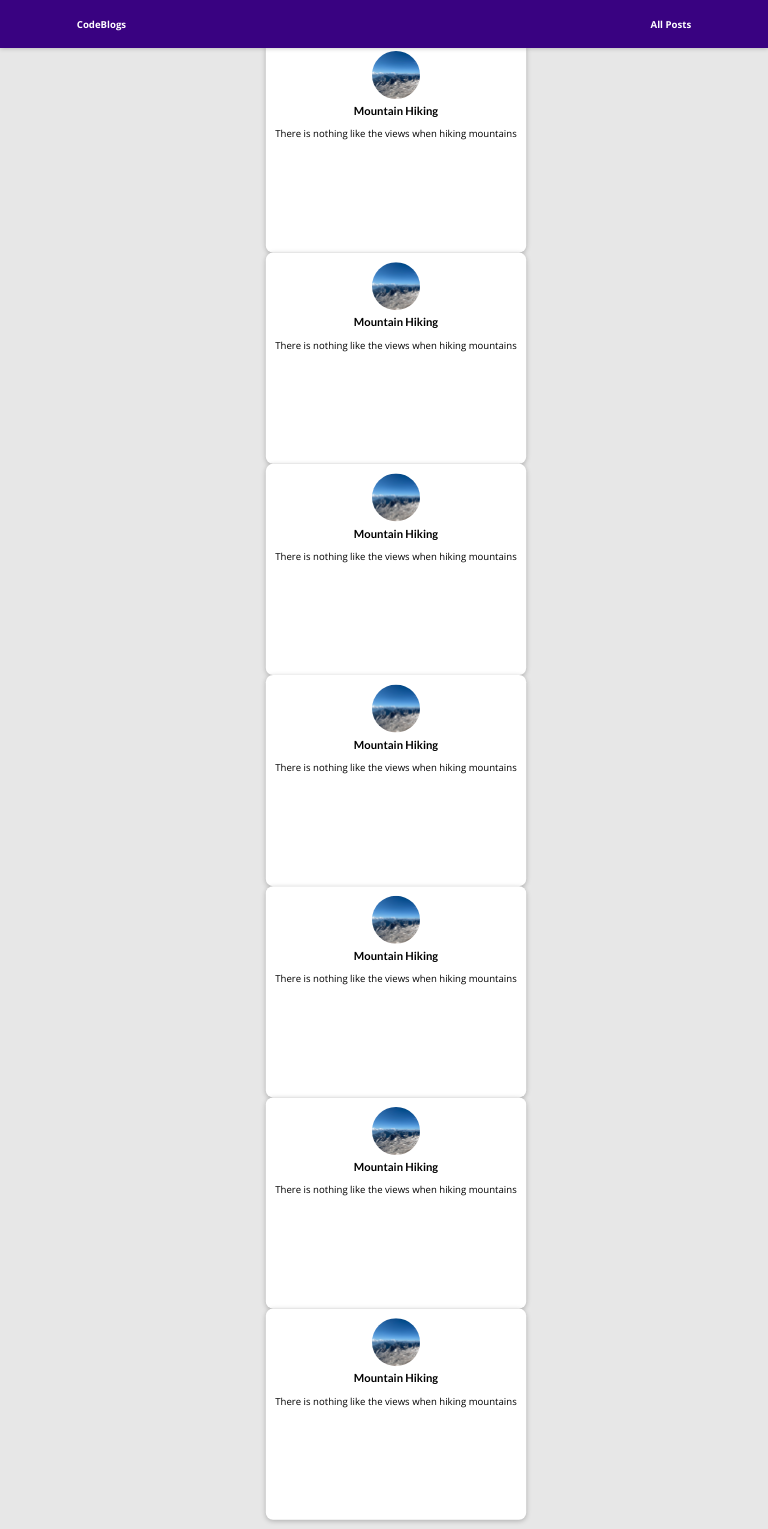
Repository: harshagr64/codeblogs
Page: blog/templates/blog/all-posts.html
The author's editor kept a copy of each file at every save. The page is drawn from the files as they stood at one save, then again after a run of saves.
The browser window is 1280 px wide. The pictures show the whole page, at 60% of full size.
The page is served by the project's application, run on Django 3.2 (manage.py). The template is opened directly, without the code that normally fills it, so the values that code supplies are empty.

Above is the page before, as saved 2021-08-21 11:12:50.

After the next 2 saves:
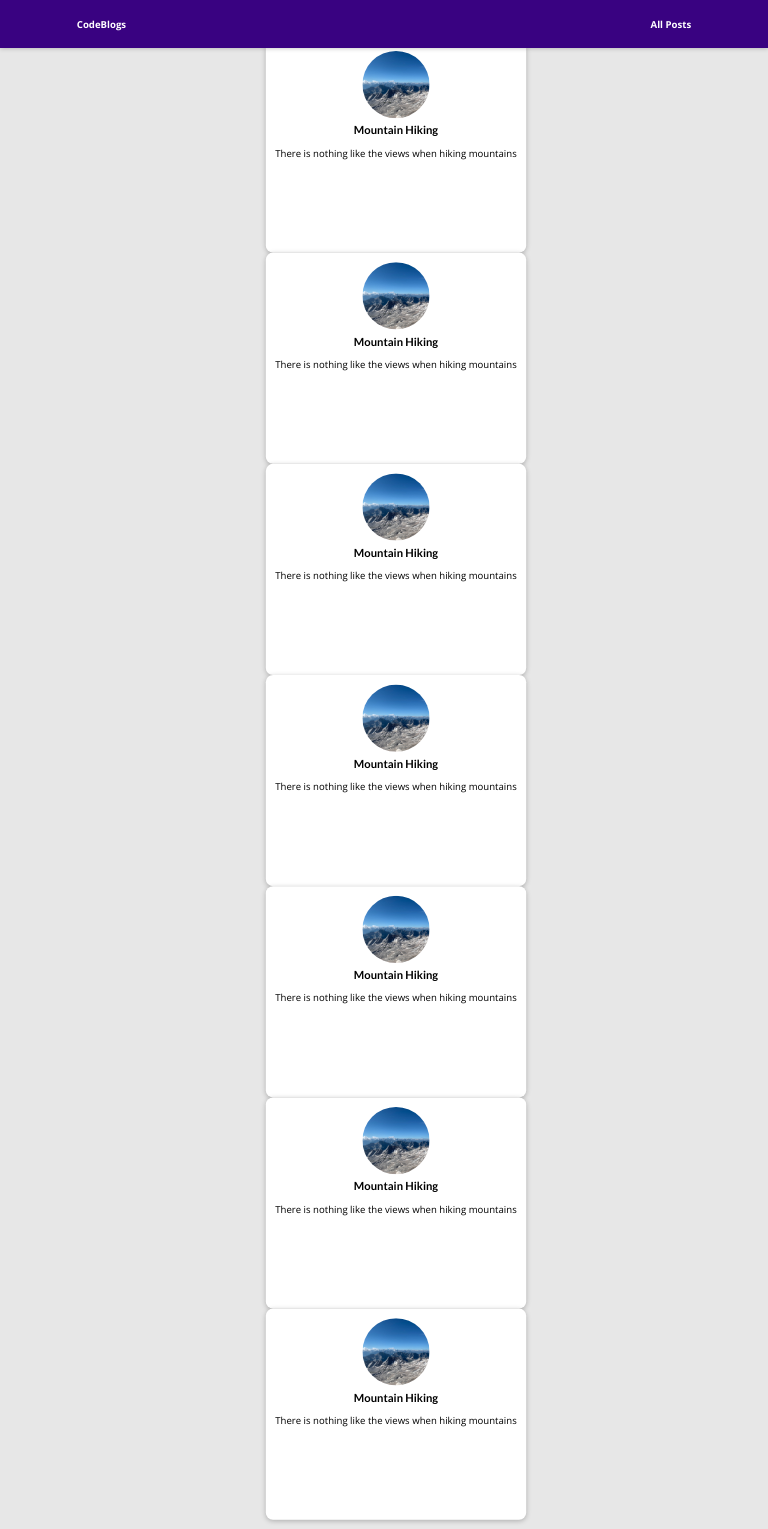
The 2 saves are shown as one change because they came seconds apart.
The last was saved 11 s later.
--- a/codeblogs/blog/templates/blog/all-posts.html
+++ b/codeblogs/blog/templates/blog/all-posts.html
@@ -6,8 +6,9 @@
 
 {% block css_files %}
     {% comment %} <link rel="stylesheet" href="{% static "blog/index.css" %}"> {% endcomment %}
+    <link rel="stylesheet" href="{% static "blog/posts.css" %}">
     <link rel="stylesheet" href="{% static "blog/all-posts.css" %}">
-    <link rel="stylesheet" href="{% static "blog/posts.css" %}">
+
 {% endblock css_files %}
 
 
